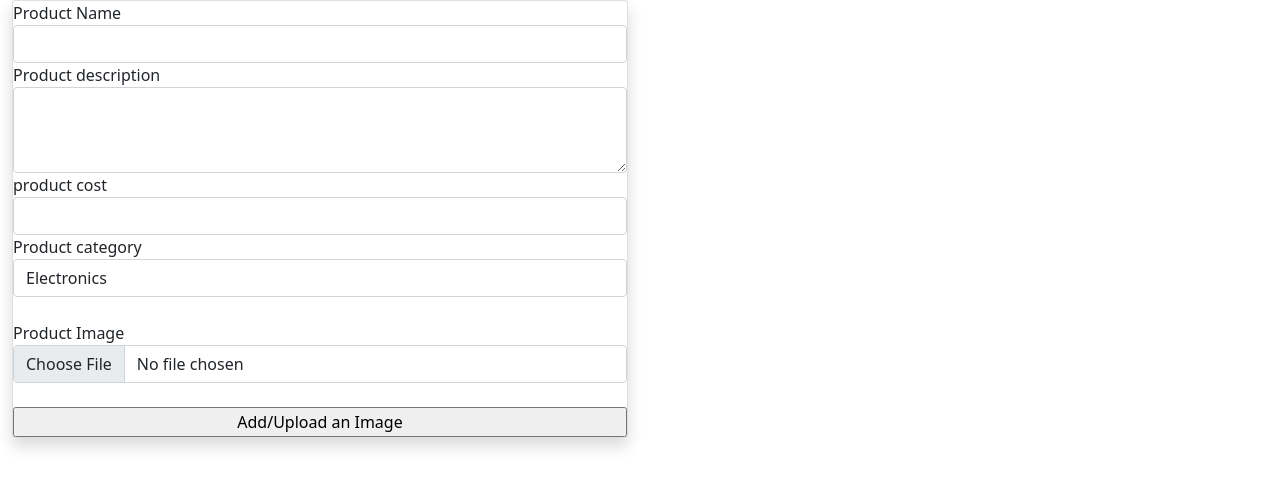
Repository: shanicenaliakanyongesa/Shanice
Page: http://localhost/upload
An editor plug-in stored every save of this project. The page is shown before and after a run of saves, followed by the edit.
The browser window is 1280 px wide. The pictures show the whole page.
The page is served by the project's application, run on Flask 3 (app.py).

Above is the page before, as saved 2024-02-16 15:05:10.

After the next 4 saves:
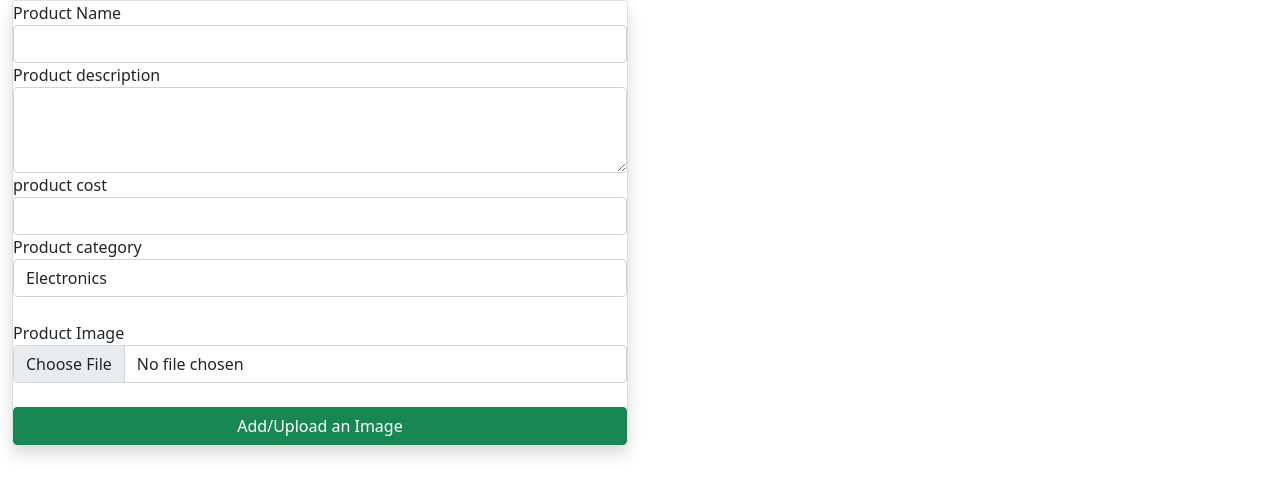
The 4 saves are shown as one change because they came seconds apart.
The last was saved 11 s later.
--- a/Desktop/shaniceflask/templates/upload.html
+++ b/Desktop/shaniceflask/templates/upload.html
@@ -31,7 +31,7 @@
                     <input type="file" name="product_image_name" id="" class="form-control" required>
                     <br>
 
-                    <input type="submit" value="Add/Upload an Image" class="">
+                    <input type="submit" value="Add/Upload an Image" class="btn btn-success">
 
 
 
